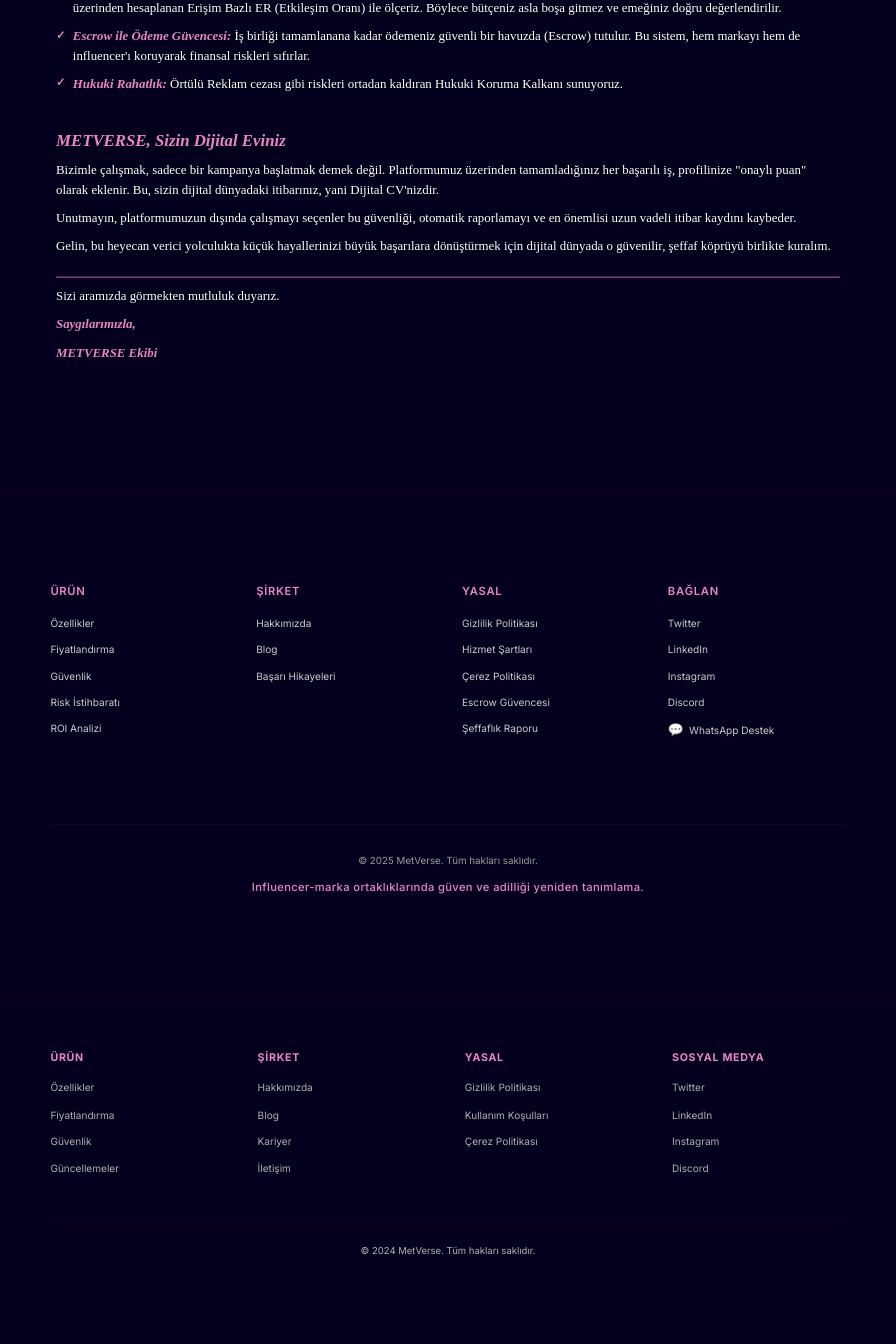
Repository: Irmaksuvari/metverse-github
Page: MetVerse Site/Hakkimizda.html
The author's editor kept a copy of each file at every save. The page is drawn from the files as they stood at one save, then again after the next save.
The browser window is 1280 px wide. The pictures show the part of the page from y = 850 to 2770 px (the page is 2770 px tall before and 2285 px after), at 70% of full size.
Some web fonts or font styles are not loaded; a fallback is used.

Above is the page before, as saved 2025-12-23 22:45:43.

### MetVerse Site/Hakkimizda.html
<!DOCTYPE html>
<html lang="tr">
<head>
    <meta charset="UTF-8">
    <meta name="viewport" content="width=device-width, initial-scale=1.0">
    <title>Hakkımızda - MetVerse</title>
    <link href="https://fonts.googleapis.com/css2?family=Inter:wght@300;400;500;600;700;800&family=Roboto:wght@400;500;700&family=Genos:wght@400;700&ital@0;1&display=swap" rel="stylesheet">
    <link rel="stylesheet" href="styles.css">
    <style>
        .about-section {
            background-color: rgb(4, 0, 29);
            background-image: radial-gradient(circle, rgba(232, 133, 202, 0.3) 1px, transparent 1px);
            background-size: 20px 20px;
            min-height: 100vh;
            padding:
             80px 2rem 4rem 2rem;
            position: relative;
        }

        .about-container {
            max-width: 100%;
            margin: 0 auto;
            background-color: transparent;
            border-radius: 0;
            padding: 2rem 3rem;
            box-shadow: none;
            position: relative;
            z-index: 2;
            min-height: auto;
            display: flex;
            flex-direction: column;
            justify-content: flex-start;
            overflow-y: visible;
            max-height: none;
            aspect-ratio: auto;
        }

        .about-container h1 {
            font-size: 2.5rem;
            font-weight: 800;
            color: #ffffff;
            margin-bottom: 1rem;
            text-align: center;
            line-height: 1.2;
            text-shadow: 0 2px 8px rgba(0, 0, 0, 0.5);
            font-family: 'Genos', cursive;
            font-style: normal;
        }

        .about-container h2 {
            font-size: 1.5rem;
            font-weight: 700;
            color: #e885ca;
            margin-top: 1rem;
            margin-bottom: 0.6rem;
            text-align: left;
            text-shadow: 0 2px 8px rgba(0, 0, 0, 0.5);
            font-family: 'Genos', cursive;
            font-style: italic;
        }

        .about-container p {
            font-size: 1.15rem;
            color: #ffffff;
            line-height: 1.5;
            margin-bottom: 0.8rem;
            text-align: left;
            text-shadow: 0 1px 3px rgba(0, 0, 0, 0.5);
            font-family: 'Genos', cursive;
            font-style: normal;
        }

        .about-container ul {
            list-style: none;
            padding: 0;
            margin: 1rem 0 1.2rem 0;
            display: flex;
            flex-direction: column;
            align-items: flex-start;
        }

        .about-container li {
            font-size: 1.15rem;
            color: #ffffff;
            line-height: 1.5;
            margin-bottom: 0.8rem;
            padding-left: 1.5rem;
            position: relative;
            text-align: left;
            max-width: 100%;
            text-shadow: 0 1px 3px rgba(0, 0, 0, 0.5);
            font-family: 'Genos', cursive;
            font-style: normal;
        }

        .about-container li:before {
            content: "✓";
            position: absolute;
            left: 0;
            color: #e885ca;
            font-weight: bold;
            font-size: 1rem;
            margin-right: 0.5rem;
        }

        .about-container li strong {
            color: #e885ca;
            font-weight: 700;
            font-style: italic;
        }

        .about-footer-text {
            margin-top: 1rem;
            padding-top: 0.8rem;
            border-top: 2px solid rgba(232, 133, 202, 0.5);
            text-align: left;
            font-size: 1.15rem;
            color: #ffffff;
            line-height: 1.5;
            text-shadow: 0 1px 3px rgba(0, 0, 0, 0.5);
            font-family: 'Genos', cursive;
            font-style: normal;
        }

        .about-footer-text strong {
            color: #e885ca;
            font-weight: 700;
            font-style: italic;
        }

        @media (max-width: 768px) {
            .about-section {
                padding: 120px 1rem 2rem 1rem;
            }

            .about-container {
                padding: 1.5rem 1rem;
                max-height: none;
                min-height: auto;
            }

            .about-container h1 {
                font-size: 1.4rem;
                margin-bottom: 0.8rem;
            }

            .about-container h2 {
                font-size: 0.95rem;
                margin-top: 0.8rem;
                margin-bottom: 0.5rem;
            }

            .about-container p,
            .about-container li,
            .about-footer-text {
                font-size: 0.78rem;
                line-height: 1.4;
            }
        }

        @media (max-width: 480px) {
            .about-section {
                padding: 120px 0.5rem 1.5rem 0.5rem;
            }

            .about-container {
                padding: 1rem 0.8rem;
                border-radius: 0;
                max-height: none;
                min-height: auto;
            }

            .about-container h1 {
                font-size: 1.1rem;
                margin-bottom: 0.6rem;
            }

            .about-container h2 {
                font-size: 0.85rem;
                margin-top: 0.6rem;
                margin-bottom: 0.4rem;
            }

            .about-container p,
            .about-container li,
            .about-footer-text {
                font-size: 0.75rem;
                line-height: 1.3;
            }
        }
    </style>
</head>
<body>
    <!-- Dinamik Header Bileşeni -->
    <div id="header-container"></div>
    <script src="js/header.js"></script>
    <!-- Navigation -->


    <!-- About Section -->
    <section class="about-section">
        <div class="about-container">
            <h1>💌 METVERSE'ten Size Bir Mektup</h1>

            <p>Sevgili İş Ortağımız, Influencer'ımız veya Marka Dostumuz,</p>

            <p>Merhaba! Biz, METVERSE ekibi. Bizim hikayemiz, tıpkı sizin gibi küçük bir kafede büyük hayaller kuran bir işletme sahibinin ve odasında tüm emeğini dijital dünyaya aktaran bir içerik üreticisinin yaşadığı hayal kırıklıklarından doğdu.</p>

            <p>Dijital dünya inanılmaz fırsatlar sunsa da, ne yazık ki her zaman adil değil. Yanlış işbirlikleri, sahte etkileşimler ve kaybolan bütçeler nedeniyle güvenin kırıldığına tanık olduk. KOBİ'ler için örtülü reklam cezaları büyük bir finansal risk yaratırken, influencer'lar gerçek emeklerinin karşılığını alamayabiliyordu.</p>

            <h2>Biz Neyi Değiştirmek İçin Buradayız?</h2>

            <p>Biz, influencer pazarlamasında Güven ve Performans Devrimi'ni başlatmak için varız. Sloganımız basit: <strong>"Verinin gücüyle şeffaf, kazancın gücüyle adil."</strong></p>

            <p>Amacımız, her bütçedeki markanın maddi kayıp yaşamadan güvenle iş birliği yapması ve her influencer'ın emeğinin, etkileşiminin ve değerinin görünür kılınmasıdır.</p>

            <h2>Güvenliğiniz Bizim Önceliğimiz: METVERSE'ün 3 Sözü</h2>

            <p>Platformumuzu, sizi bu risklerden koruyan ve yalnızca gerçek sonuçlara odaklanan üç temel üzerine inşa ettik:</p>

            <ul>
                <li><strong>Gerçek Etkileşim Garantisi:</strong> Yapay zekâ destekli sistemimiz, sahte takipçi ve bot aktivitelerini tespit eder. Performansı sadece ulaşılan gerçek kitle üzerinden hesaplanan Erişim Bazlı ER (Etkileşim Oranı) ile ölçeriz. Böylece bütçeniz asla boşa gitmez ve emeğiniz doğru değerlendirilir.</li>

                <li><strong>Escrow ile Ödeme Güvencesi:</strong> İş birliği tamamlanana kadar ödemeniz güvenli bir havuzda (Escrow) tutulur. Bu sistem, hem markayı hem de influencer'ı koruyarak finansal riskleri sıfırlar.</li>

                <li><strong>Hukuki Rahatlık:</strong> Örtülü Reklam cezası gibi riskleri ortadan kaldıran Hukuki Koruma Kalkanı sunuyoruz.</li>
            </ul>

            <h2>METVERSE, Sizin Dijital Eviniz</h2>

            <p>Bizimle çalışmak, sadece bir kampanya başlatmak demek değil. Platformumuz üzerinden tamamladığınız her başarılı iş, profilinize "onaylı puan" olarak eklenir. Bu, sizin dijital dünyadaki itibarınız, yani Dijital CV'nizdir.</p>

            <p>Unutmayın, platformumuzun dışında çalışmayı seçenler bu güvenliği, otomatik raporlamayı ve en önemlisi uzun vadeli itibar kaydını kaybeder.</p>

            <p>Gelin, bu heyecan verici yolculukta küçük hayallerinizi büyük başarılara dönüştürmek için dijital dünyada o güvenilir, şeffaf köprüyü birlikte kuralım.</p>

            <div class="about-footer-text">
                <p>Sizi aramızda görmekten mutluluk duyarız.</p>
                <p><strong>Saygılarımızla,</strong></p>
                <p><strong>METVERSE Ekibi</strong></p>
            </div>
        </div>
    </section>

    <!-- Dinamik Footer Bileşeni -->
    <div id="footer-container"></div>
    <script src="js/footer.js"></script>

    <!-- Eski Footer Kodu (Kaldırıldı) -->
    <!-- Footer -->
    <footer>
        <div class="container">
            <div class="footer-content">
                <div class="footer-section">
                    <h4>Ürün</h4>
                    <ul>
                        <li><a href="#features">Özellikler</a></li>
                        <li><a href="#">Fiyatlandırma</a></li>
                        <li><a href="#">Güvenlik</a></li>
                        <li><a href="#">Güncellemeler</a></li>
                    </ul>
                </div>
                <div class="footer-section">
                    <h4>Şirket</h4>
                    <ul>
                        <li><a href="#">Hakkımızda</a></li>
                        <li><a href="#">Blog</a></li>
                        <li><a href="#">Kariyer</a></li>
                        <li><a href="#">İletişim</a></li>
                    </ul>
                </div>
                <div class="footer-section">
                    <h4>Yasal</h4>
                    <ul>
                        <li><a href="#">Gizlilik Politikası</a></li>
                        <li><a href="#">Kullanım Koşulları</a></li>
                        <li><a href="#">Çerez Politikası</a></li>
                    </ul>
                </div>
                <div class="footer-section">
                    <h4>Sosyal Medya</h4>
                    <ul>
                        <li><a href="#">Twitter</a></li>
                        <li><a href="#">LinkedIn</a></li>
                        <li><a href="#">Instagram</a></li>
                        <li><a href="#">Discord</a></li>
                    </ul>
                </div>
            </div>
            <div class="footer-bottom">
                <p>&copy; 2024 MetVerse. Tüm hakları saklıdır.</p>
            </div>
        </div>
    </footer>


</body>
</html>

### MetVerse Site/includes/header.html
<nav class="main-header">
    <div class="header-container">
        <!-- SOL: Toggle Menü Butonu + Logo -->
        <div class="header-left">
            <button class="menu-toggle" id="menuToggle">
                <span></span>
                <span></span>
                <span></span>
            </button>
            <a href="/" class="logo-wrapper logo-text-wrapper">
                <span class="logo-text">METVERSE</span>
            </a>
        </div>

        <!-- ORTA: Giriş Yapılı Kullanıcı Navigasyonu -->
        <div class="header-center">
            <nav class="authenticated-nav" id="authenticatedNav" style="display: none;">
                <a href="/influencer-anasayfa" class="nav-item">Profil</a>
                <a href="/analyses" class="nav-item premium-feature-link">Analizler</a>
                <a href="/basvuru-ve-teklifler" class="nav-item">Başvuru ve Teklifler</a>
                <a href="/kesfet" class="nav-item">Keşfet</a>
            </nav>
            <nav class="authenticated-nav" id="markaAuthenticatedNav" style="display: none;">
                <a href="/marka-anasayfa" class="nav-item" id="markaProfilLink">Profil</a>
                <a href="/kampanyalarim" class="nav-item" id="markaKampanyalarimLink">Kampanyalarım</a>
                <a href="/analyses" class="nav-item premium-feature-link">İşbirliği Analizleri</a>
                <a href="/isbirlikleri" class="nav-item" id="markaIsbirliklerLink">İşbirlikleri</a>
                <a href="/kesfet-marka" class="nav-item" id="markaKesfetLink">Keşfet</a>
            </nav>
        </div>

        <!-- SAĞ: Aksiyon Butonları (Misafir Modu) veya Profil (Giriş Yapılı) -->
        <div class="header-right">
            <!-- GÖRÜNÜM 1: Giriş Yapılı Değilse (Misafir Header) -->
            <div id="general-nav-actions" class="nav-actions">
                <a href="/giris-yap" class="nav-btn login-btn">Giriş Yap</a>
                <a href="/kayit-secim" class="nav-btn register-btn">Kaydol</a>
            </div>

            <!-- GÖRÜNÜM 2: Giriş Yapılı İse (Influencer Header) -->
            <div id="user-nav-actions" class="nav-actions" style="display: none;">
                <div class="profile-section">
                    <div class="profile-name-display" id="profileNameDisplay">
                        <span id="displayUserName">Kullanıcı</span>
                    </div>
                    <button id="profileBtn" class="profile-btn">
                        <span class="profile-icon">👤</span>
                    </button>
                    <div class="dropdown-menu" id="dropdownMenu" style="display: none;">
                        <div class="dropdown-header">
                            <div class="user-info">
                                <h4 id="userName">Kullanıcı Adı</h4>
                                <p id="userEmail">email@example.com</p>
                            </div>
                        </div>
                        <div class="dropdown-divider"></div>
                        <button id="hesabıTamamlaBtn" class="dropdown-item hesabi-tamamla-btn">✓ Hesabı Tamamla</button>
                        <button id="hesabıYükselBtn" class="dropdown-item hesabi-yuksel-btn" style="display: none; color: #ff6b35; font-weight: 600;">💎 Hesabını Yükselt</button>
                        <button id="baglantilarBtn" class="dropdown-item baglantilar-btn">🔗 Bağlantılar</button>
                        <button id="logoutBtn" class="dropdown-item logout-btn">Çıkış Yap</button>
                    </div>
                </div>
            </div>
        </div>

        <!-- Yan Menü (Sidebar) -->
        <div class="nav-menu" id="navMenu">
            <!-- Logo Bölümü -->
            <div style="text-align: center; padding: 20px 0; border-bottom: 1px solid rgba(232, 133, 202, 0.2);">
                <img src="/görseller/LOGO.png" alt="MetVerse Logo" style="max-width: 180px; max-height: 140px; object-fit: contain;">
            </div>

            <a href="/" class="nav-menu-item">Anasayfa</a>
            <a href="/basari-hikayeleri" class="nav-menu-item">Başarı Hikayeleri</a>
            <a href="/blog" class="nav-menu-item">Blog</a>
            <a href="/hakkimizda" class="nav-menu-item">Hakkımızda</a>
            <a href="/PremiumBilgilendirme.html" class="nav-menu-item">Paketler</a>
            <a href="/iletisim" class="nav-menu-item">İletişim</a>
        </div>
        <div class="nav-overlay" id="navOverlay"></div>
    </div>
</nav>

### MetVerse Site/includes/footer.html
<footer>
    <div class="container">
        <div class="footer-content" style="display: grid; grid-template-columns: repeat(auto-fit, minmax(220px, 1fr)); gap: 40px; padding: 60px 0;">
            <div class="footer-section">
                <h4 style="margin-bottom: 20px; font-size: 16px; font-weight: 600; color: #e885ca;">ÜRÜN</h4>
                <ul style="list-style: none; padding: 0;">
                    <li style="margin-bottom: 12px;"><a href="#features" style="color: #ccc; text-decoration: none; transition: color 0.3s;">Özellikler</a></li>
                    <li style="margin-bottom: 12px;"><a href="#" style="color: #ccc; text-decoration: none; transition: color 0.3s;">Fiyatlandırma</a></li>
                    <li style="margin-bottom: 12px;"><a href="#" style="color: #ccc; text-decoration: none; transition: color 0.3s;">Güvenlik</a></li>
                    <li style="margin-bottom: 12px;"><a href="#" style="color: #ccc; text-decoration: none; transition: color 0.3s;">Risk İstihbaratı</a></li>
                    <li style="margin-bottom: 12px;"><a href="#" style="color: #ccc; text-decoration: none; transition: color 0.3s;">ROI Analizi</a></li>
                </ul>
            </div>
            <div class="footer-section">
                <h4 style="margin-bottom: 20px; font-size: 16px; font-weight: 600; color: #e885ca;">ŞİRKET</h4>
                <ul style="list-style: none; padding: 0;">
                    <li style="margin-bottom: 12px;"><a href="/hakkimizda" style="color: #ccc; text-decoration: none; transition: color 0.3s;">Hakkımızda</a></li>
                    <li style="margin-bottom: 12px;"><a href="/blog" style="color: #ccc; text-decoration: none; transition: color 0.3s;">Blog</a></li>
                    <li style="margin-bottom: 12px;"><a href="/basari-hikayeleri" style="color: #ccc; text-decoration: none; transition: color 0.3s;">Başarı Hikayeleri</a></li>
                </ul>
            </div>
            <div class="footer-section">
                <h4 style="margin-bottom: 20px; font-size: 16px; font-weight: 600; color: #e885ca;">YASAL</h4>
                <ul style="list-style: none; padding: 0;">
                    <li style="margin-bottom: 12px;"><a href="#" style="color: #ccc; text-decoration: none; transition: color 0.3s;">Gizlilik Politikası</a></li>
                    <li style="margin-bottom: 12px;"><a href="#" style="color: #ccc; text-decoration: none; transition: color 0.3s;">Hizmet Şartları</a></li>
                    <li style="margin-bottom: 12px;"><a href="#" style="color: #ccc; text-decoration: none; transition: color 0.3s;">Çerez Politikası</a></li>
                    <li style="margin-bottom: 12px;"><a href="#" style="color: #ccc; text-decoration: none; transition: color 0.3s;">Escrow Güvencesi</a></li>
                    <li style="margin-bottom: 12px;"><a href="#" style="color: #ccc; text-decoration: none; transition: color 0.3s;">Şeffaflık Raporu</a></li>
                </ul>
            </div>
            <div class="footer-section">
                <h4 style="margin-bottom: 20px; font-size: 16px; font-weight: 600; color: #e885ca;">BAĞLAN</h4>
                <ul style="list-style: none; padding: 0;">
                    <li style="margin-bottom: 12px;"><a href="#" style="color: #ccc; text-decoration: none; transition: color 0.3s;">Twitter</a></li>
                    <li style="margin-bottom: 12px;"><a href="#" style="color: #ccc; text-decoration: none; transition: color 0.3s;">LinkedIn</a></li>
                    <li style="margin-bottom: 12px;"><a href="#" style="color: #ccc; text-decoration: none; transition: color 0.3s;">Instagram</a></li>
                    <li style="margin-bottom: 12px;"><a href="#" style="color: #ccc; text-decoration: none; transition: color 0.3s;">Discord</a></li>
                    <li style="margin-bottom: 12px;">
                        <a href="https://wa.me/905xxxxxxxxx" target="_blank" style="color: #ccc; text-decoration: none; transition: color 0.3s; display: flex; align-items: center; gap: 8px;">
                            <span style="font-size: 18px;">💬</span>
                            <span>WhatsApp Destek</span>
                        </a>
                    </li>
                </ul>
            </div>
        </div>
        <div class="footer-bottom" style="border-top: 1px solid rgba(232, 133, 202, 0.1); padding: 40px 0; margin-top: 40px; text-align: center;">
            <p style="margin: 0 0 15px 0; color: #999; font-size: 14px;">&copy; 2025 MetVerse. Tüm hakları saklıdır.</p>
            <p style="margin: 0; color: #e885ca; font-size: 16px; font-weight: 500; letter-spacing: 0.5px;">Influencer-marka ortaklıklarında güven ve adilliği yeniden tanımlama.</p>
        </div>
    </div>
</footer>

Loaded but not shown: MetVerse Site/js/header.js (2474 lines, source omitted); MetVerse Site/js/footer.js (40 lines, source omitted); MetVerse Site/styles.css (3640 lines, source omitted)

After the next save:
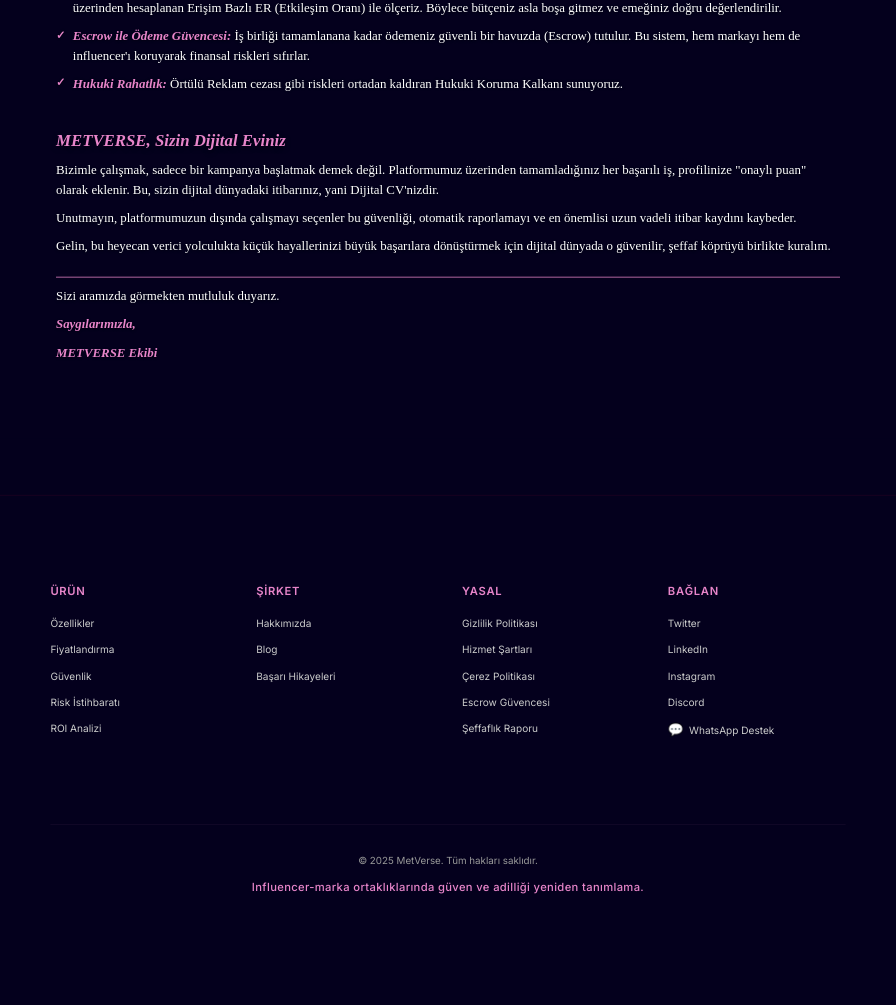
Saved 25 s later.
--- a/MetVerse Site/Hakkimizda.html
+++ b/MetVerse Site/Hakkimizda.html
@@ -246,53 +246,6 @@
     <div id="footer-container"></div>
     <script src="js/footer.js"></script>
 
-    <!-- Eski Footer Kodu (Kaldırıldı) -->
-    <!-- Footer -->
-    <footer>
-        <div class="container">
-            <div class="footer-content">
-                <div class="footer-section">
-                    <h4>Ürün</h4>
-                    <ul>
-                        <li><a href="#features">Özellikler</a></li>
-                        <li><a href="#">Fiyatlandırma</a></li>
-                        <li><a href="#">Güvenlik</a></li>
-                        <li><a href="#">Güncellemeler</a></li>
-                    </ul>
-                </div>
-                <div class="footer-section">
-                    <h4>Şirket</h4>
-                    <ul>
-                        <li><a href="#">Hakkımızda</a></li>
-                        <li><a href="#">Blog</a></li>
-                        <li><a href="#">Kariyer</a></li>
-                        <li><a href="#">İletişim</a></li>
-                    </ul>
-                </div>
-                <div class="footer-section">
-                    <h4>Yasal</h4>
-                    <ul>
-                        <li><a href="#">Gizlilik Politikası</a></li>
-                        <li><a href="#">Kullanım Koşulları</a></li>
-                        <li><a href="#">Çerez Politikası</a></li>
-                    </ul>
-                </div>
-                <div class="footer-section">
-                    <h4>Sosyal Medya</h4>
-                    <ul>
-                        <li><a href="#">Twitter</a></li>
-                        <li><a href="#">LinkedIn</a></li>
-                        <li><a href="#">Instagram</a></li>
-                        <li><a href="#">Discord</a></li>
-                    </ul>
-                </div>
-            </div>
-            <div class="footer-bottom">
-                <p>&copy; 2024 MetVerse. Tüm hakları saklıdır.</p>
-            </div>
-        </div>
-    </footer>
-
 
 </body>
 </html>
